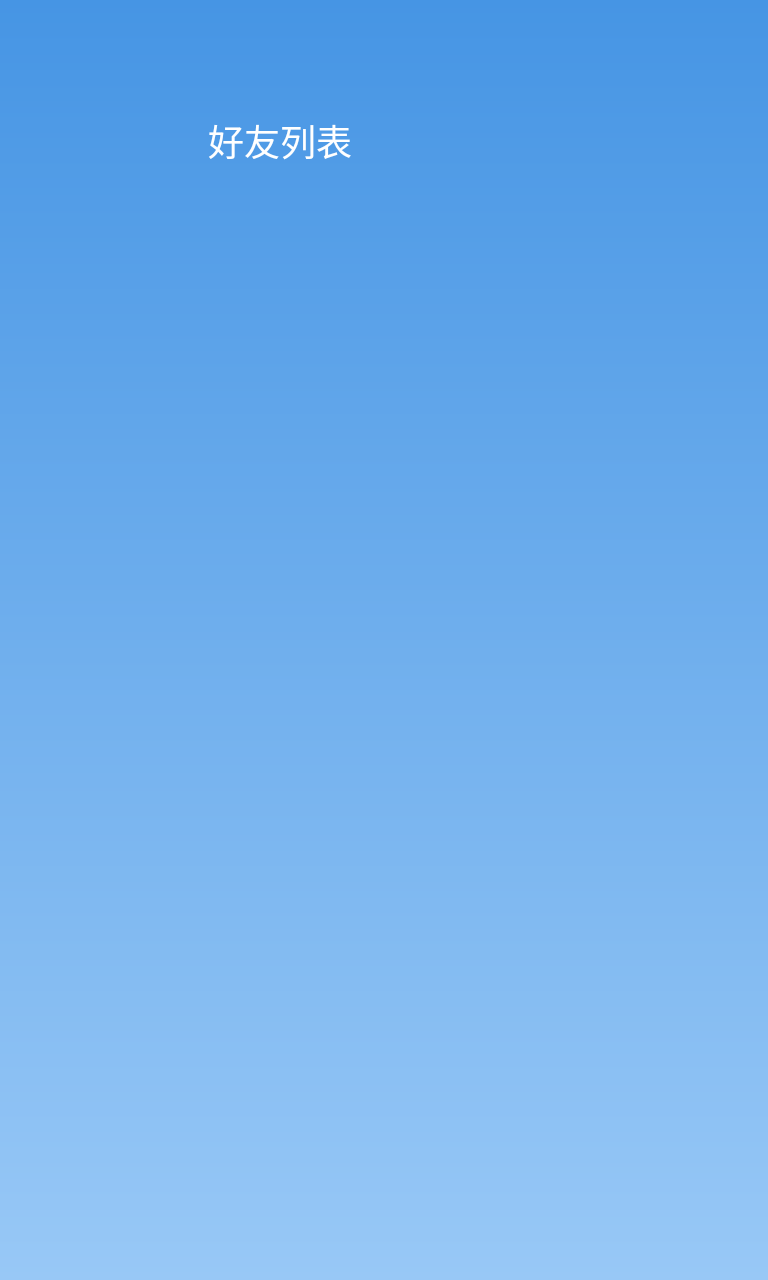
Repository: yjhcjykwbk-jlsec/experiment
Layout: client/CampusClient/res/layout/activity_contact.xml
These files come from the project's save history. The layout is drawn as it stood at one moment and after the next save; the edit follows.
It is drawn on a 768 x 1280 px phone screen (xhdpi) without system bars, with theme android:Theme; the app's code is not run. Lists and similar views that code fills are empty.

Above is the layout before, as saved 2014-03-19 11:03:53.

### client/CampusClient/res/layout/activity_contact.xml
<RelativeLayout xmlns:android="http://schemas.android.com/apk/res/android"
    android:layout_width="fill_parent"
    android:layout_height="fill_parent"
    android:background="@drawable/bg" >
	<LinearLayout
	     android:layout_width="wrap_content"
	     android:layout_height="wrap_content"
	     android:layout_alignParentLeft="true"
	     android:layout_marginTop="57dp"
	     android:orientation="vertical" >

		<TextView
		    android:id="@+id/textView1"
		    android:layout_width="wrap_content"
		    android:layout_height="wrap_content"
		    android:layout_alignParentLeft="true"
		    android:layout_alignParentTop="true"
		   	android:layout_top="@+id/textView1"
		    android:layout_marginLeft="104dp"
		    android:text="好友列表"
		    android:textAppearance="?android:attr/textAppearanceMedium" />

	   	<ListView
	   	    android:id="@+id/ContactListView"
	   	    android:layout_width="wrap_content"
	   	    android:layout_height="461dp"
	   	    android:layout_below="@+id/textView1"
	   	    android:dividerHeight="5dp" >
	    </ListView>

	  </LinearLayout>
</RelativeLayout>

### client/CampusClient/res/drawable/bg.xml
<?xml version="1.0" encoding="utf-8"?>
<shape xmlns:android="http://schemas.android.com/apk/res/android" >
    <gradient
        android:startColor="#4695e4"
        android:endColor="#98c8f6"
        android:angle="270"
        />
</shape>

After the next save:
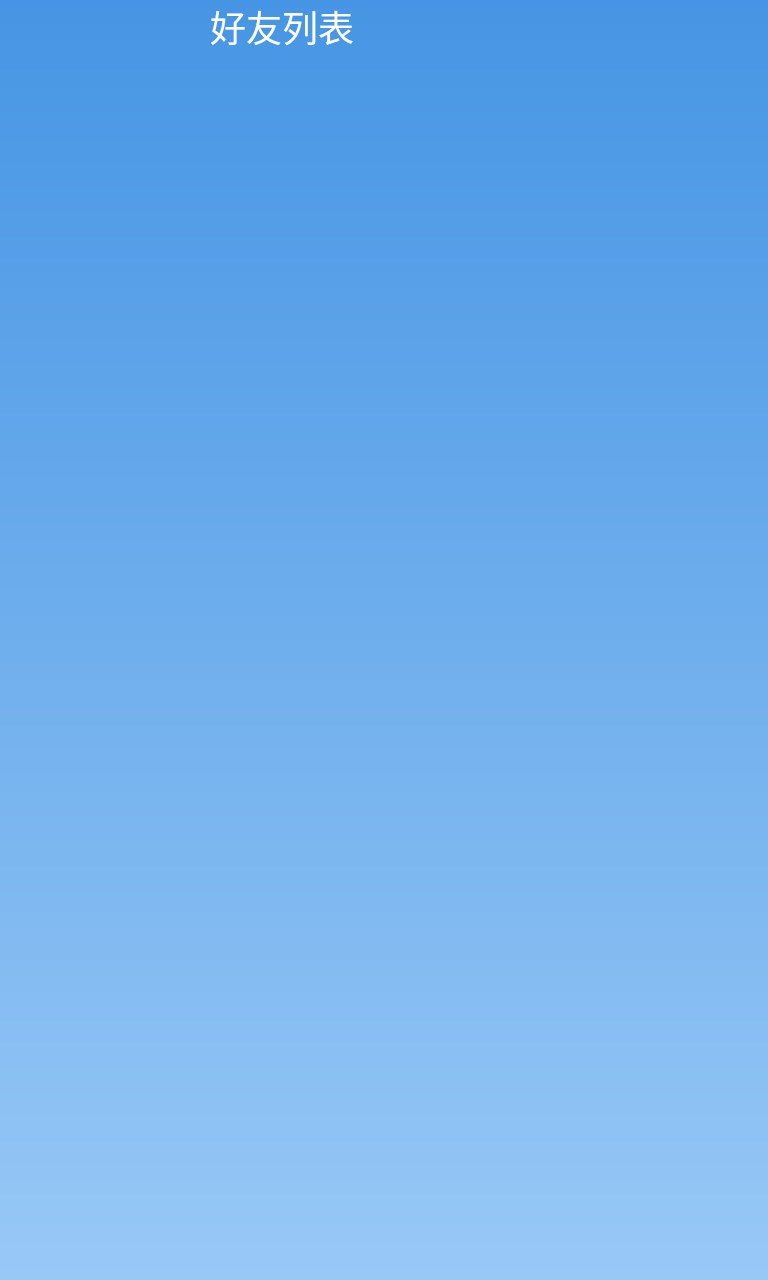
Saved 51 s later.
--- a/client/CampusClient/res/layout/activity_contact.xml
+++ b/client/CampusClient/res/layout/activity_contact.xml
@@ -9,24 +9,24 @@
 	     android:layout_marginTop="57dp"
 	     android:orientation="vertical" >
 
-		<TextView
-		    android:id="@+id/textView1"
-		    android:layout_width="wrap_content"
-		    android:layout_height="wrap_content"
-		    android:layout_alignParentLeft="true"
-		    android:layout_alignParentTop="true"
-		   	android:layout_top="@+id/textView1"
-		    android:layout_marginLeft="104dp"
-		    android:text="好友列表"
-		    android:textAppearance="?android:attr/textAppearanceMedium" />
-
 	   	<ListView
 	   	    android:id="@+id/ContactListView"
 	   	    android:layout_width="wrap_content"
-	   	    android:layout_height="461dp"
 	   	    android:layout_below="@+id/textView1"
 	   	    android:dividerHeight="5dp" >
 	    </ListView>
 
 	  </LinearLayout>
+
+	<TextView
+	    android:id="@+id/textView1"
+	    android:layout_width="wrap_content"
+	    android:layout_height="wrap_content"
+	    android:layout_alignParentLeft="true"
+	    android:layout_alignParentTop="true"
+	    android:layout_marginLeft="105dp"
+	    android:layout_top="@+id/textView1"
+	    android:text="好友列表"
+	    android:textAppearance="?android:attr/textAppearanceMedium" />
+
 </RelativeLayout>
